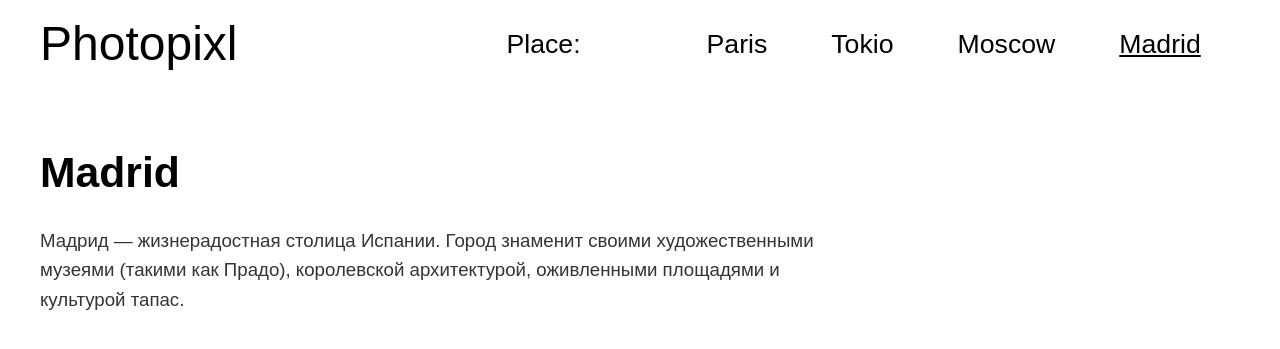
Repository: git-daniil/place-site
Page: madrid.html
The author's editor kept a copy of each file at every save. The page is drawn from the files as they stood at one save, then again after the next save.
The browser window is 1280 px wide. The pictures show the whole page.
Some web fonts or font styles are not loaded; a fallback is used.

Above is the page before, as saved 2026-05-18 19:56:15.

### madrid.html
<!DOCTYPE html>
<html lang="ru">
<head>
    <meta charset="UTF-8">
    <meta name="viewport" content="width=device-width, initial-scale=1.0">
    <title>Photopixl — Madrid</title>
    <link rel="stylesheet" href="style.css">
</head>
<body>

    <nav class="navbar">
        <a href="index.html" class="logo">Photopixl</a>
        <div class="place-label">Place:</div>
        <div class="nav-links">
            <a href="index.html" class="city-link">Paris</a>
            <a href="tokio.html" class="city-link">Tokio</a>
            <a href="moscow.html" class="city-link">Moscow</a>
            <a href="madrid.html" class="city-link" style="text-decoration: underline;">Madrid</a>
        </div>
    </nav>

    <main class="content-section">
        <h1>Madrid</h1>
        <p>Мадрид — жизнерадостная столица Испании. Город знаменит своими художественными музеями (такими как Прадо), королевской архитектурой, оживленными площадями и культурой тапас.</p>
    </main>

</body>
</html>

### style.css
@font-face {
    font-family: 'Gilroy-Regular';
    src: local('Gilroy-Regular'), url('fonts/Gilroy-Regular.woff2') format('woff2');
    font-weight: normal;
    font-style: normal;
}
@font-face {
    font-family: 'Seenonim';
    src: local('Seenonim'), url('fonts/Seenonim.woff2') format('woff2');
    font-weight: normal;
    font-style: normal;
}

body {
    margin: 0;
    padding: 0;
    background-color: #ffffff;
    font-family: Arial, sans-serif;
}

.navbar {
    display: flex;
    align-items: center;
    background: none;
    padding: 20px 40px;
}

.logo {
    font-family: 'Gilroy-Regular', sans-serif;
    font-size: 36pt;
    color: #000000;
    line-height: 1;
    text-decoration: none;
}

.place-label {
    font-family: 'Seenonim', sans-serif;
    font-size: 20pt;
    color: #000000;
    margin-left: 269px;
    line-height: 1;
}

.nav-links {
    display: flex;
    margin-left: 126px;
}

.city-link {
    font-family: 'Seenonim', sans-serif;
    font-size: 20pt;
    color: #000000;
    text-decoration: none;
    line-height: 1;
}

.city-link.active {
    color: #8c8c8c;
}

.city-link:not(:last-child) {
    margin-right: 64px;
}

.content-section {
    padding: 60px 40px;
}

.content-section h1 {
    font-size: 32pt;
    margin-top: 0;
    font-family: 'Gilroy-Regular', sans-serif;
}

.content-section p {
    font-size: 14pt;
    color: #333333;
    line-height: 1.6;
    max-width: 800px;
}

After the next save:
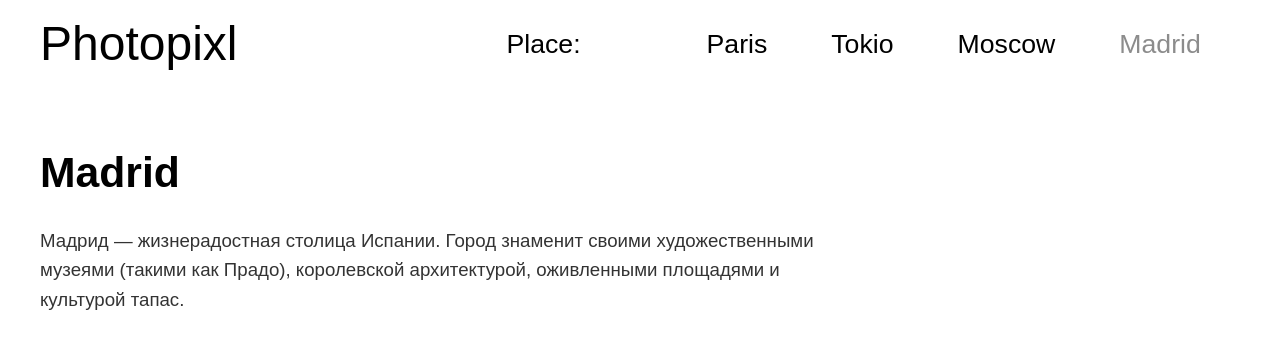
Saved 10 s later.
--- a/madrid.html
+++ b/madrid.html
@@ -15,7 +15,7 @@
             <a href="index.html" class="city-link">Paris</a>
             <a href="tokio.html" class="city-link">Tokio</a>
             <a href="moscow.html" class="city-link">Moscow</a>
-            <a href="madrid.html" class="city-link" style="text-decoration: underline;">Madrid</a>
+            <a href="madrid.html" class="city-link active">Madrid</a>
         </div>
     </nav>
 
